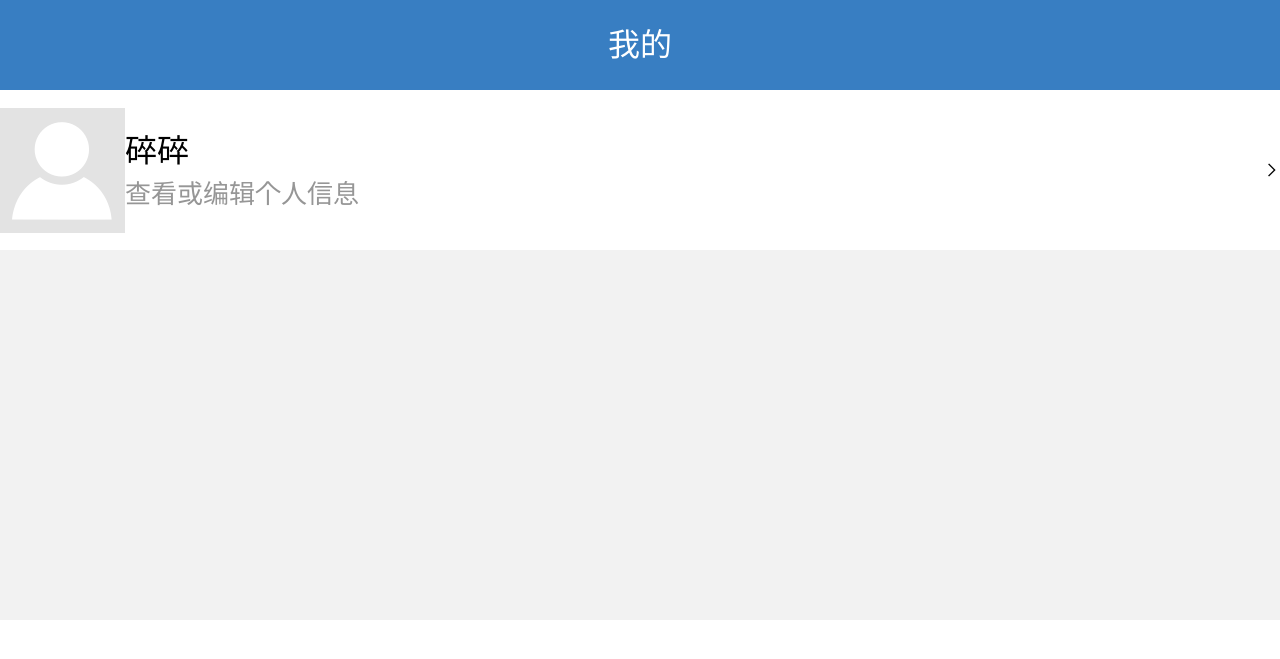
Repository: A1LExX/H5_study_set
Page: myProfile/index.html
These files come from the project's save history. The page is drawn as it stood at one moment and after the next save; the edit follows.
The browser window is 1280 px wide. The pictures show the whole page.

Above is the page before, as saved 2021-07-12 20:17:01.

### myProfile/index.html
<!--
@author [Alex Wei]
@email [w2262196@outlook.com]
@create date 2021-07-12 18:52:43
@modify date 2021-07-12 20:10:47
@desc [description]
-->
<!DOCTYPE html>
<html lang="en">
<head>
    <meta charset="UTF-8">
    <meta http-equiv="X-UA-Compatible" content="IE=edge">
    <meta name="viewport" content="width=device-width, initial-scale=1.0">
    <!-- 引入重制样式表 -->
    <link rel="stylesheet" href="./css/reset.css">
    <!-- 引入移动端适配js -->
    <script src="./js/rem.js"></script>
    <!-- 引入字体图标样式表 -->
    <link rel="stylesheet" href="./css/iconfont.css">
    <!-- 引入当前页面样式表 -->
    <link rel="stylesheet" href="./css/index.css">
    <title>Document</title>
</head>
<body>
    <!-- 页眉 -->
    <div id="top">我的</div>
    <!-- 中间部分 -->
    <div id="mid">
        <div class="proFile">
            <div class="profileLeft">
                <div class="profileImg">
                    <span class="iconfont icon-icontouxiang"></span>
                </div>
                <div class="profileWord">
                    <span>碎碎</span>
                    <span>查看或编辑个人信息</span>
                </div>
            </div>
            <div class="iconfont icon-arrow-right"></div>
        </div>
        <div class="itemOne"></div>
        <div class="itemTwo"></div>
        <div class="setting"></div>
    </div>
    <!-- 页脚 -->
    <div id="footer"></div>
</body>
</html>

### myProfile/css/reset.css
/**
 * @author [Alex Wei]
 * @email [w2262196@outlook.com]
 * @create date 2021-07-12 19:03:59
 * @modify date 2021-07-12 19:05:27
 * @desc [description]
 */
/*
KISSY CSS Reset
理念：1. reset 的目的不是清除浏览器的默认样式，这仅是部分工作。清除和重置是紧密不可分的。
2. reset 的目的不是让默认样式在所有浏览器下一致，而是减少默认样式有可能带来的问题。
3. reset 期望提供一套普适通用的基础样式。但没有银弹，推荐根据具体需求，裁剪和修改后再使用。
特色：1. 适应中文；2. 基于最新主流浏览器。
维护：玉伯<lifesinger@gmail.com>, 正淳<ragecarrier@gmail.com>
 */

/** 清除内外边距 **/
body, h1, h2, h3, h4, h5, h6, hr, p, blockquote, /* structural elements 结构元素 */
dl, dt, dd, ul, ol, li, /* list elements 列表元素 */
pre, /* text formatting elements 文本格式元素 */
form, fieldset, legend, button, input, textarea, /* form elements 表单元素 */
th, td /* table elements 表格元素 */ {
  margin: 0;
  padding: 0;
}

/** 设置默认字体 **/
body,
button, input, select, textarea /* for ie */ {
  font: 12px/1.5 tahoma, arial, \5b8b\4f53, sans-serif;
}
h1, h2, h3, h4, h5, h6 { font-size: 100%; }
address, cite, dfn, em, var { font-style: normal; } /* 将斜体扶正 */
code, kbd, pre, samp { font-family: courier new, courier, monospace; } /* 统一等宽字体 */
small { font-size: 12px; } /* 小于 12px 的中文很难阅读，让 small 正常化 */

/** 重置列表元素 **/
ul, ol { list-style: none; }

/** 重置文本格式元素 **/
a { text-decoration: none; }
a:hover { text-decoration: underline; }


/** 重置表单元素 **/
legend { color: #000; } /* for ie6 */
fieldset, img { border: 0; } /* img 搭车：让链接里的 img 无边框 */
button, input, select, textarea { font-size: 100%; } /* 使得表单元素在 ie 下能继承字体大小 */
/* 注：optgroup 无法扶正 */

/** 重置表格元素 **/
table { border-collapse: collapse; border-spacing: 0; }

/* 清除浮动 */
.ks-clear:after, .clear:after {
  content: '\20';
  display: block;
  height: 0;
  clear: both;
}

.ks-clear, .clear {
  *zoom: 1;
}

### myProfile/js/rem.js
//designWidth:设计稿的实际宽度值，需要根据实际设置
//maxWidth:制作稿的最大宽度值，需要根据实际设置
//这段js的最后面有两个参数记得要设置，一个为设计稿实际宽度，一个为制作稿最大宽度，例如设计稿为750，最大宽度为750，则为(750,750)
;(function(designWidth, maxWidth) {
	var doc = document,
	win = window,
	docEl = doc.documentElement,
	remStyle = document.createElement("style"),
	tid;

	function refreshRem() {
		var width = docEl.getBoundingClientRect().width;
		maxWidth = maxWidth || 540;
		width>maxWidth && (width=maxWidth);
		//屏幕宽度 * 100 / 设计稿宽度
		var rem = width * 100 / designWidth;
		remStyle.innerHTML = 'html{font-size:' + rem + 'px;}';
	}

	if (docEl.firstElementChild) {
		docEl.firstElementChild.appendChild(remStyle);
	} else {
		var wrap = doc.createElement("div");
		wrap.appendChild(remStyle);
		doc.write(wrap.innerHTML);
		wrap = null;
	}
	//要等 wiewport 设置好后才能执行 refreshRem，不然 refreshRem 会执行2次；
	refreshRem();

	win.addEventListener("resize", function() {
		clearTimeout(tid); //防止执行两次
		tid = setTimeout(refreshRem, 300);
	}, false);

	win.addEventListener("pageshow", function(e) {
		if (e.persisted) { // 浏览器后退的时候重新计算
			clearTimeout(tid);
			tid = setTimeout(refreshRem, 300);
		}
	}, false);

	if (doc.readyState === "complete") {
		doc.body.style.fontSize = "16px";
	} else {
		doc.addEventListener("DOMContentLoaded", function(e) {
			doc.body.style.fontSize = "16px";
		}, false);
	}
})(750, 750);

### myProfile/css/iconfont.css
@font-face {
  font-family: "iconfont"; /* Project id  */
  src: url('../fonts/iconfont.ttf?t=1626088719469') format('truetype');
}

.iconfont {
  font-family: "iconfont" !important;
  font-size: 16px;
  font-style: normal;
  -webkit-font-smoothing: antialiased;
  -moz-osx-font-smoothing: grayscale;
}

.icon-arrow-right:before {
  content: "\e601";
}

.icon-fangzi:before {
  content: "\e614";
}

.icon-fangzi1:before {
  content: "\e6d3";
}

.icon-icontouxiang:before {
  content: "\e622";
}

.icon-quanquanb:before {
  content: "\e6d4";
}

.icon-baobiao:before {
  content: "\e65c";
}

.icon-liuyan:before {
  content: "\e615";
}

.icon-shouye:before {
  content: "\e60b";
}

.icon-baoming:before {
  content: "\e664";
}

.icon-shezhi:before {
  content: "\e63a";
}

.icon-dibudaohanglan-:before {
  content: "\e630";
}

.icon-renyuan:before {
  content: "\e61a";
}

### myProfile/css/index.css
/**
 * @author [Alex Wei]
 * @email [w2262196@outlook.com]
 * @create date 2021-07-12 19:23:21
 * @modify date 2021-07-12 20:17:01
 * @desc [description]
 */
html, body{
    width: 100%;
    height: 100%;
}

body{
    display: flex;
    flex-direction: column;
}

#top{
    height: .9rem;
    background: #387ec2;
    color: white;
    font-size: .32rem;
    line-height: .9rem;
    text-align: center;
}


#mid{
    flex: 1;
    background: #f2f2f2;
    overflow: scroll;
    display: flex;
    flex-direction: column;
}

#mid .profileImg{
    width: 1.25rem;
    height: 1.25rem;
    background: #e3e3e3;
    text-align: center;
}

.proFile{
    display: flex;
    justify-content: space-between;
    align-items: center;
    background: white;
    height: 1.6rem;
}

.icon-icontouxiang{
    font-size: 1rem;
    line-height: 1.25rem;
    /* text-align: center; */
    color: white;
}

.profileLeft{
    display: flex;
    justify-content: space-between;
    align-items: center;
    margin-right: .20rem;
}

.profileWord span:first-child{
    font-size: .32rem;
}

.profileWord span:last-child{
    /* display: inline; */
    display: block;
    font-size: .26rem;
    color: #969696;
}

#footer{
    height: 1rem;
}

After the next save:
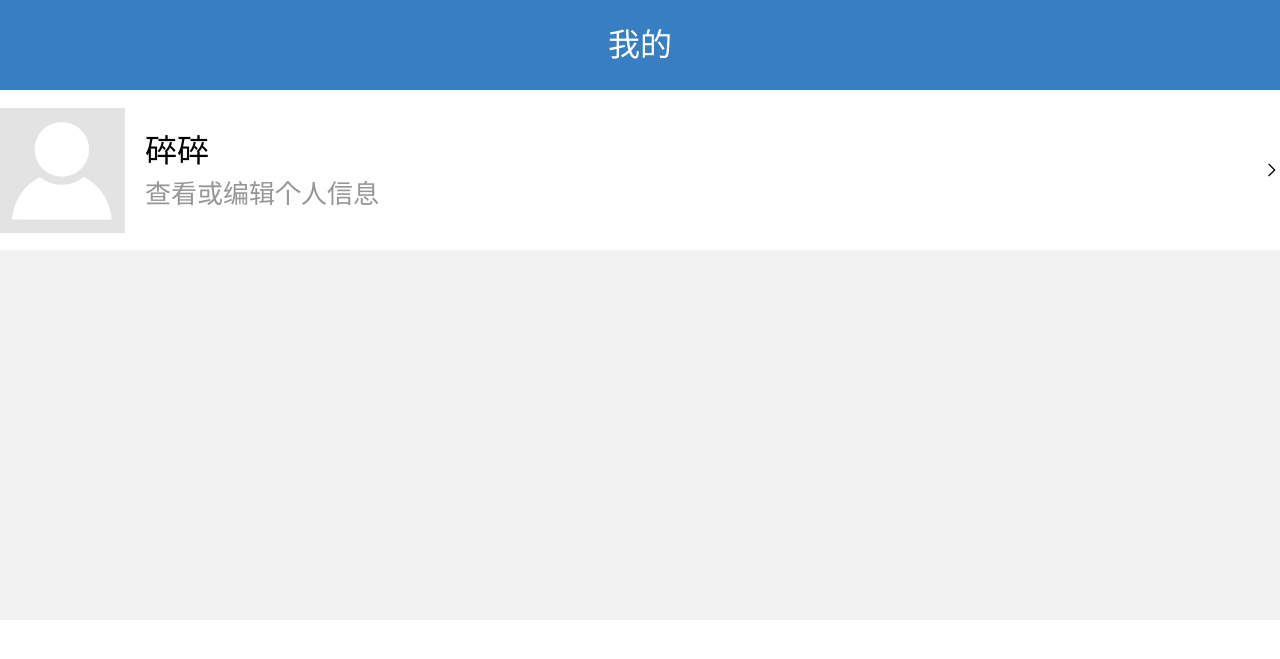
Saved 32 s later.
--- a/myProfile/css/index.css
+++ b/myProfile/css/index.css
@@ -2,7 +2,7 @@
  * @author [Alex Wei]
  * @email [w2262196@outlook.com]
  * @create date 2021-07-12 19:23:21
- * @modify date 2021-07-12 20:17:01
+ * @modify date 2021-07-12 20:17:33
  * @desc [description]
  */
 html, body{
@@ -38,6 +38,8 @@ body{
     height: 1.25rem;
     background: #e3e3e3;
     text-align: center;
+    margin-right: .20rem;
+
 }
 
 .proFile{
@@ -59,7 +61,6 @@ body{
     display: flex;
     justify-content: space-between;
     align-items: center;
-    margin-right: .20rem;
 }
 
 .profileWord span:first-child{
